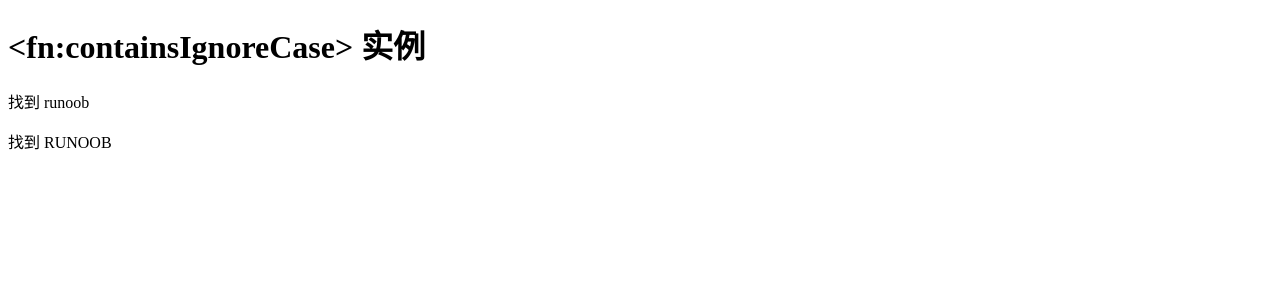
Repository: eterinfi/java
Page: http://localhost/JSPDemo/JSTLDemo/functions/fn_containsIgnoreCase.jsp
An editor plug-in stored every save of this project. The page is shown before and after the next save, followed by the edit.
The browser window is 1280 px wide. The pictures show the whole page.
The page is served by Tomcat 9.

Above is the page before, as saved 2016-11-16 04:49:21.

After the next save:
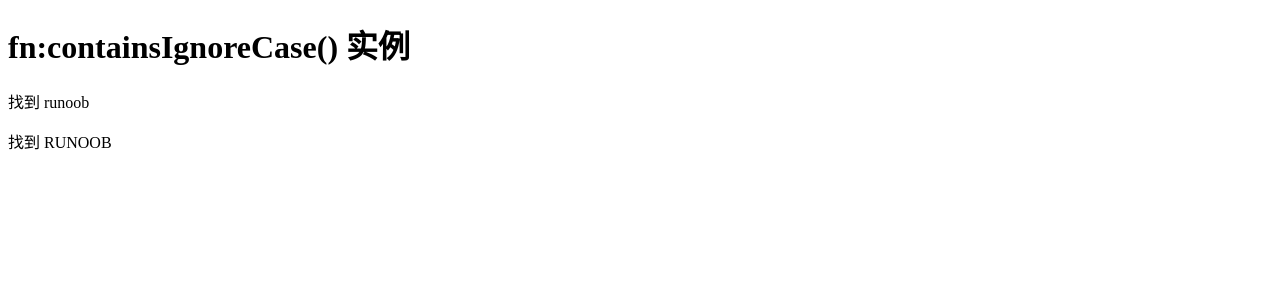
Saved 13 s later.
--- a/jee/JSPDemo/WebContent/JSTLDemo/functions/fn_containsIgnoreCase.jsp
+++ b/jee/JSPDemo/WebContent/JSTLDemo/functions/fn_containsIgnoreCase.jsp
@@ -9,7 +9,7 @@
   <title>JSTL fn:containsIgnoreCase 标签实例</title>
 </head>
 <body>
-  <h1>&lt;fn:containsIgnoreCase&gt; 实例</h1>
+  <h1>fn:containsIgnoreCase() 实例</h1>
   <c:set var="theString" value="I am from runoob" />
   <c:if test="${fn:containsIgnoreCase(theString, 'runoob')}">
     <p>找到 runoob</p>
